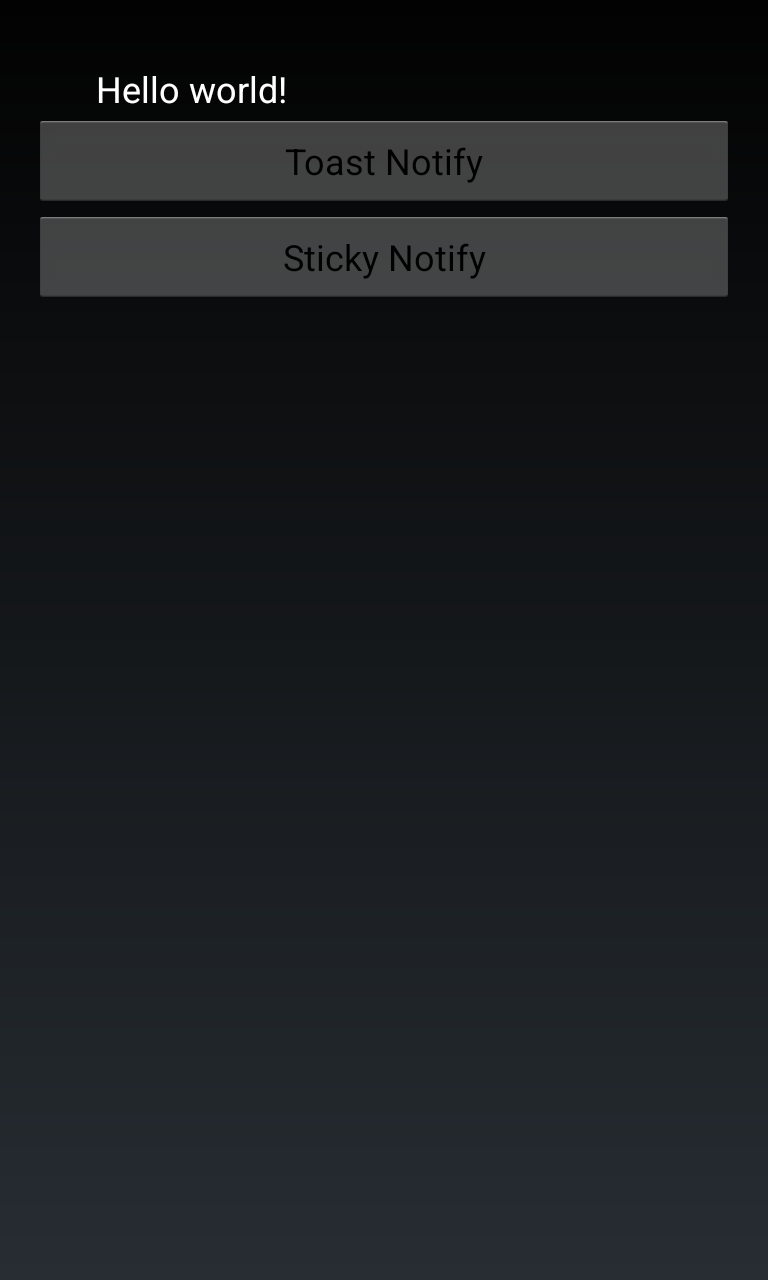
Repository: zubke/NotifyLib
Layout: Android-NotifySample/res/layout/activity_main.xml
The author's editor kept a copy of each file at every save. The layout is drawn from the files as they stood at one save, then again after the next save.
It is drawn on a 768 x 1280 px phone screen (xhdpi) without system bars, with theme AppTheme; the app's code is not run.

Above is the layout before, as saved 2013-10-07 19:23:52.

After the next save:
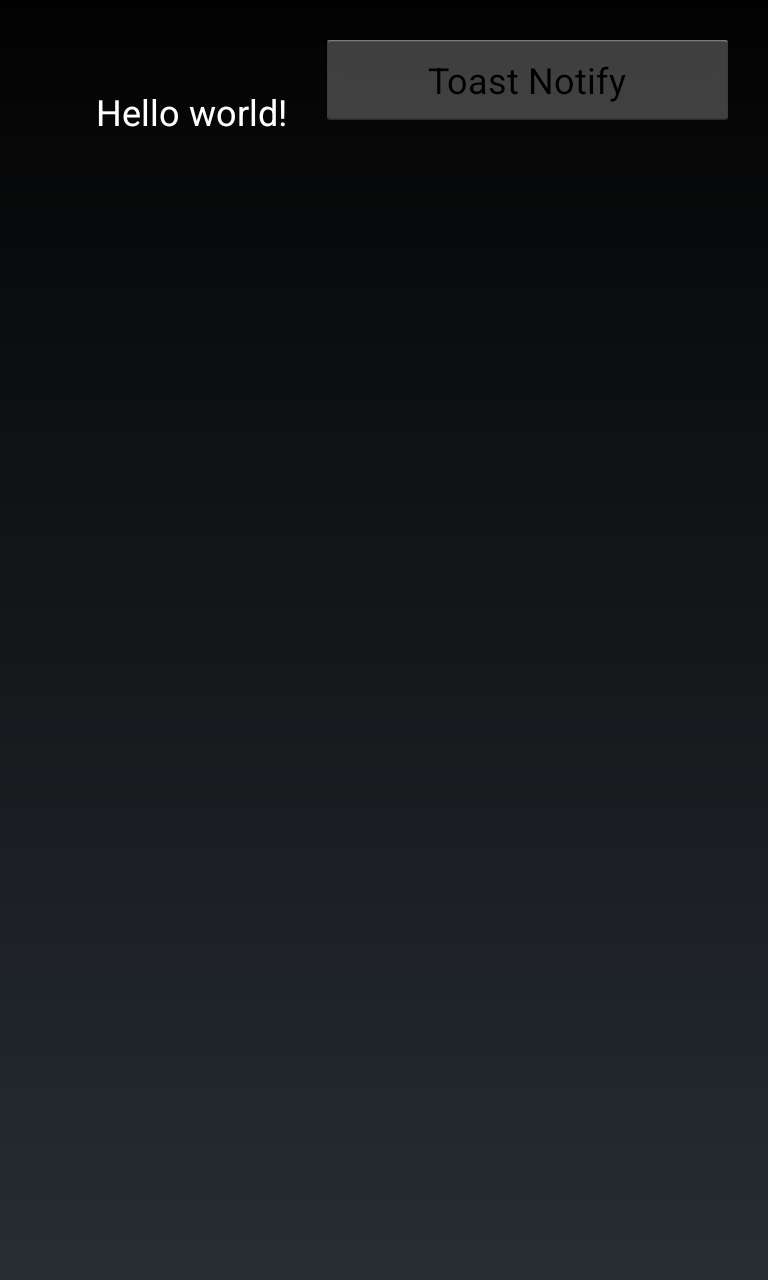
Saved 55 s later.
--- a/Android-NotifySample/res/layout/activity_main.xml
+++ b/Android-NotifySample/res/layout/activity_main.xml
@@ -4,7 +4,7 @@
     android:layout_height="fill_parent"
     android:background="@drawable/app_background" >
 
-    <RelativeLayout
+    <LinearLayout
         android:layout_width="match_parent"
         android:layout_height="wrap_content"
         android:paddingBottom="@dimen/activity_vertical_margin"
@@ -33,6 +33,6 @@
             android:layout_height="wrap_content"
             android:layout_below="@+id/button1"
             android:text="Sticky Notify" />
-    </RelativeLayout>
+    </LinearLayout>
 
 </ScrollView>

After the save that followed:
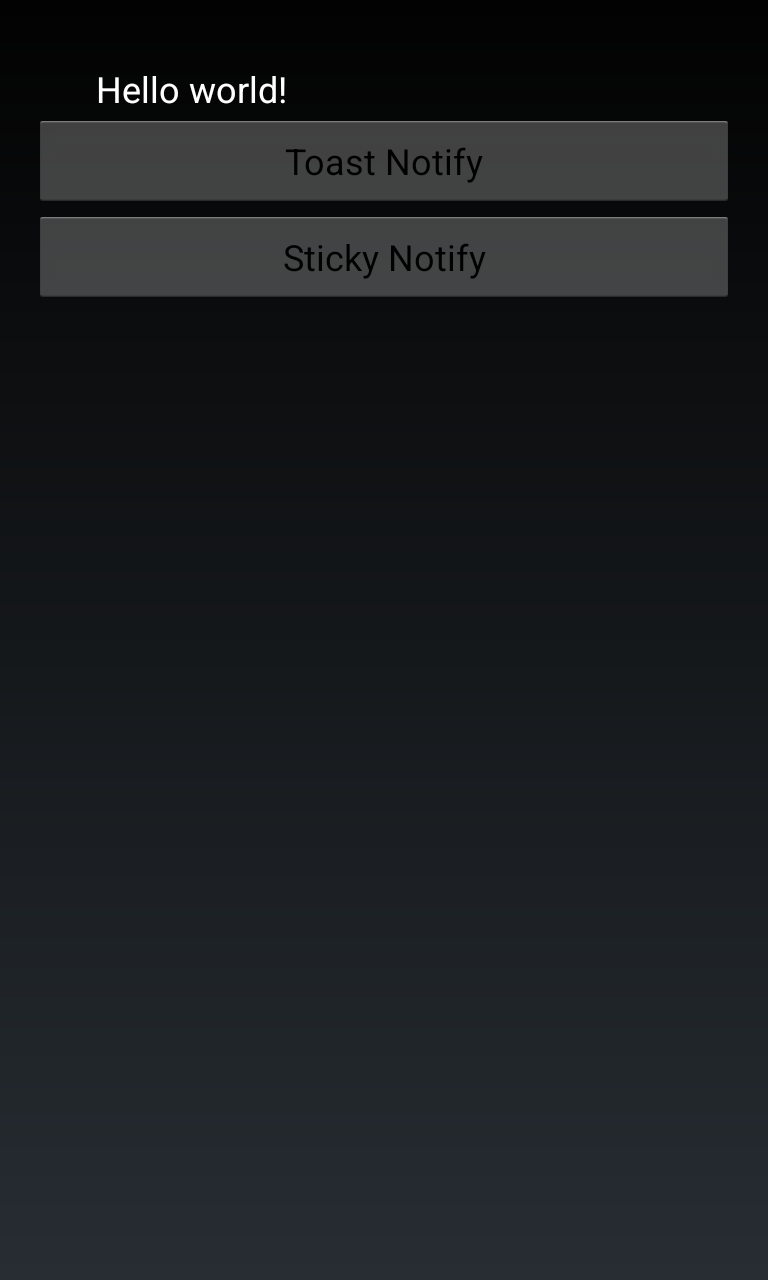
Saved 11 s later.
--- a/Android-NotifySample/res/layout/activity_main.xml
+++ b/Android-NotifySample/res/layout/activity_main.xml
@@ -5,6 +5,7 @@
     android:background="@drawable/app_background" >
 
     <LinearLayout
+        android:orientation="vertical"
         android:layout_width="match_parent"
         android:layout_height="wrap_content"
         android:paddingBottom="@dimen/activity_vertical_margin"
